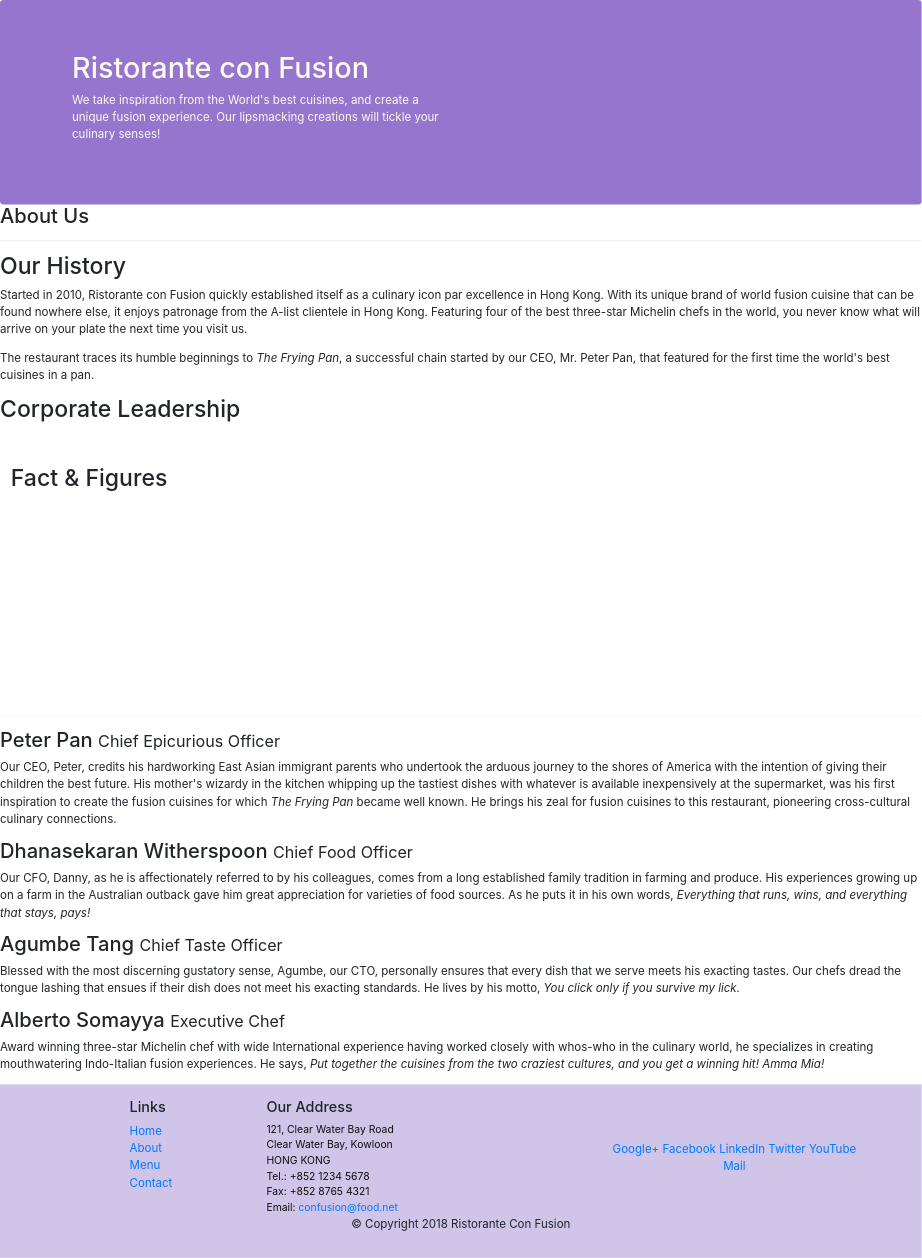
Repository: HwZau/conFusion
Page: aboutus.html
These files come from the project's save history. The page is drawn as it stood at one moment and after a run of saves; the edit follows.
The browser window is 1280 px wide. The pictures show the whole page, at 72% of full size.

Above is the page before, as saved 2022-05-19 10:54:45.

### aboutus.html
<!DOCTYPE html>
<html lang="en">
  <head>
    <title>Ristorante Con Fusion: About Us</title>
    <meta charset="utf-8" />
    <meta
      name="viewport"
      content="width=device-width, initial-scale=1, shrink-to-fit=no"
    />
    <meta http-equiv="x-ua-compatible" content="ie=edge" />

    <!-- Bootstrap CSS -->
    <link
      rel="stylesheet"
      href="node_modules/bootstrap/dist/css/bootstrap.min.css"
    />
    <link
      rel="stylesheet"
      href="node_modules/font-awesome/css/font-awesome.min.css"
    />
    <link
      rel="stylesheet"
      href="node_modules/bootstrap-social/bootstrap-social.css"
    />
    <link rel="stylesheet" href="css/style.css" />
  </head>
  </head>

  <body>
    <header class="jumbotron">
      <div class="container">
        <div class="row row-header">
          <div class="col-12 col-sm-6">
            <h1>Ristorante con Fusion</h1>
            <p>
              We take inspiration from the World's best cuisines, and create a
              unique fusion experience. Our lipsmacking creations will tickle
              your culinary senses!
            </p>
          </div>
          <div class="col-12 col-sm"></div>
        </div>
      </div>
    </header>

    <div>
      <div>
        <div>
          <h3>About Us</h3>
          <hr />
        </div>
      </div>

      <div>
        <div>
          <h2>Our History</h2>
          <p>
            Started in 2010, Ristorante con Fusion quickly established itself as
            a culinary icon par excellence in Hong Kong. With its unique brand
            of world fusion cuisine that can be found nowhere else, it enjoys
            patronage from the A-list clientele in Hong Kong. Featuring four of
            the best three-star Michelin chefs in the world, you never know what
            will arrive on your plate the next time you visit us.
          </p>
          <p>
            The restaurant traces its humble beginnings to
            <em>The Frying Pan</em>, a successful chain started by our CEO, Mr.
            Peter Pan, that featured for the first time the world's best
            cuisines in a pan.
          </p>
        </div>
        <div></div>
      </div>

      <div>
        <div>
          <h2>Corporate Leadership</h2>
          <div class="row row-content">
            <div class="col-12 col-sm-9">
              <h2>Fact &amp; Figures</h2>
            </div>
            <div class="col-12 col-sm-3"></div>
          </div>
          <div class="table-responsive">
            <table class="table table-striped">
              <thead class="thead-dark"></thead>
            </table>
          </div>
          <h3>Peter Pan <small>Chief Epicurious Officer</small></h3>
          <p>
            Our CEO, Peter, credits his hardworking East Asian immigrant parents
            who undertook the arduous journey to the shores of America with the
            intention of giving their children the best future. His mother's
            wizardy in the kitchen whipping up the tastiest dishes with whatever
            is available inexpensively at the supermarket, was his first
            inspiration to create the fusion cuisines for which
            <em>The Frying Pan</em> became well known. He brings his zeal for
            fusion cuisines to this restaurant, pioneering cross-cultural
            culinary connections.
          </p>
          <h3>Dhanasekaran Witherspoon <small>Chief Food Officer</small></h3>
          <p>
            Our CFO, Danny, as he is affectionately referred to by his
            colleagues, comes from a long established family tradition in
            farming and produce. His experiences growing up on a farm in the
            Australian outback gave him great appreciation for varieties of food
            sources. As he puts it in his own words,
            <em
              >Everything that runs, wins, and everything that stays, pays!</em
            >
          </p>
          <h3>Agumbe Tang <small>Chief Taste Officer</small></h3>
          <p>
            Blessed with the most discerning gustatory sense, Agumbe, our CTO,
            personally ensures that every dish that we serve meets his exacting
            tastes. Our chefs dread the tongue lashing that ensues if their dish
            does not meet his exacting standards. He lives by his motto,
            <em>You click only if you survive my lick.</em>
          </p>
          <h3>Alberto Somayya <small>Executive Chef</small></h3>
          <p>
            Award winning three-star Michelin chef with wide International
            experience having worked closely with whos-who in the culinary
            world, he specializes in creating mouthwatering Indo-Italian fusion
            experiences. He says,
            <em
              >Put together the cuisines from the two craziest cultures, and you
              get a winning hit! Amma Mia!</em
            >
          </p>
        </div>
      </div>
    </div>

    <footer class="footer">
      <div class="container">
        <div class="row">
          <div class="col-4 offset-1 col-sm-2">
            <h5>Links</h5>
            <ul class="list-unstyled">
              <li><a href="#">Home</a></li>
              <li><a href="#">About</a></li>
              <li><a href="#">Menu</a></li>
              <li><a href="#">Contact</a></li>
            </ul>
          </div>
          <div class="col-7 col-sm-5">
            <h5>Our Address</h5>
            <address>
              121, Clear Water Bay Road<br />
              Clear Water Bay, Kowloon<br />
              HONG KONG<br />
              Tel.: +852 1234 5678<br />
              Fax: +852 8765 4321<br />
              Email: <a href="mailto:confusion@food.net">confusion@food.net</a>
            </address>
          </div>
          <div class="col-12 col-sm-4 align-self-center">
            <div class="text-center">
              <a href="http://google.com/+">Google+</a>
              <a href="http://www.facebook.com/profile.php?id=">Facebook</a>
              <a href="http://www.linkedin.com/in/">LinkedIn</a>
              <a href="http://twitter.com/">Twitter</a>
              <a href="http://youtube.com/">YouTube</a>
              <a href="mailto:">Mail</a>
            </div>
          </div>
        </div>
        <div class="row justify-content-center">
          <div class="col-auto">
            <p>© Copyright 2018 Ristorante Con Fusion</p>
          </div>
        </div>
      </div>
    </footer>
  </body>
</html>

### css/style.css

.row-header {
	margin: 0px auto;
	padding: 0px auto;
}

.row-content {
	margin: 0 auto;
	padding: 50px 0px 50px 0px;
	border-bottom: 1px ridge;
	min-height: 400px;
}

.footer {
	background-color: #D1C4E9;
	margin: 0px auto;
	padding: 20px 0px 20px 0px;
}

.jumbotron {
	padding: 70px 30px 70px 30px;
	margin: 0px auto;
	background: #9575CD;
	color: floralwhite;
}

address {
	font-size: 90%;
	margin: 0px;
	color:#0f0f0f;
}

Loaded but not shown: node_modules/bootstrap/dist/css/bootstrap.min.css (library); node_modules/font-awesome/css/font-awesome.min.css (library); node_modules/bootstrap-social/bootstrap-social.css (library)

After the next 4 saves:
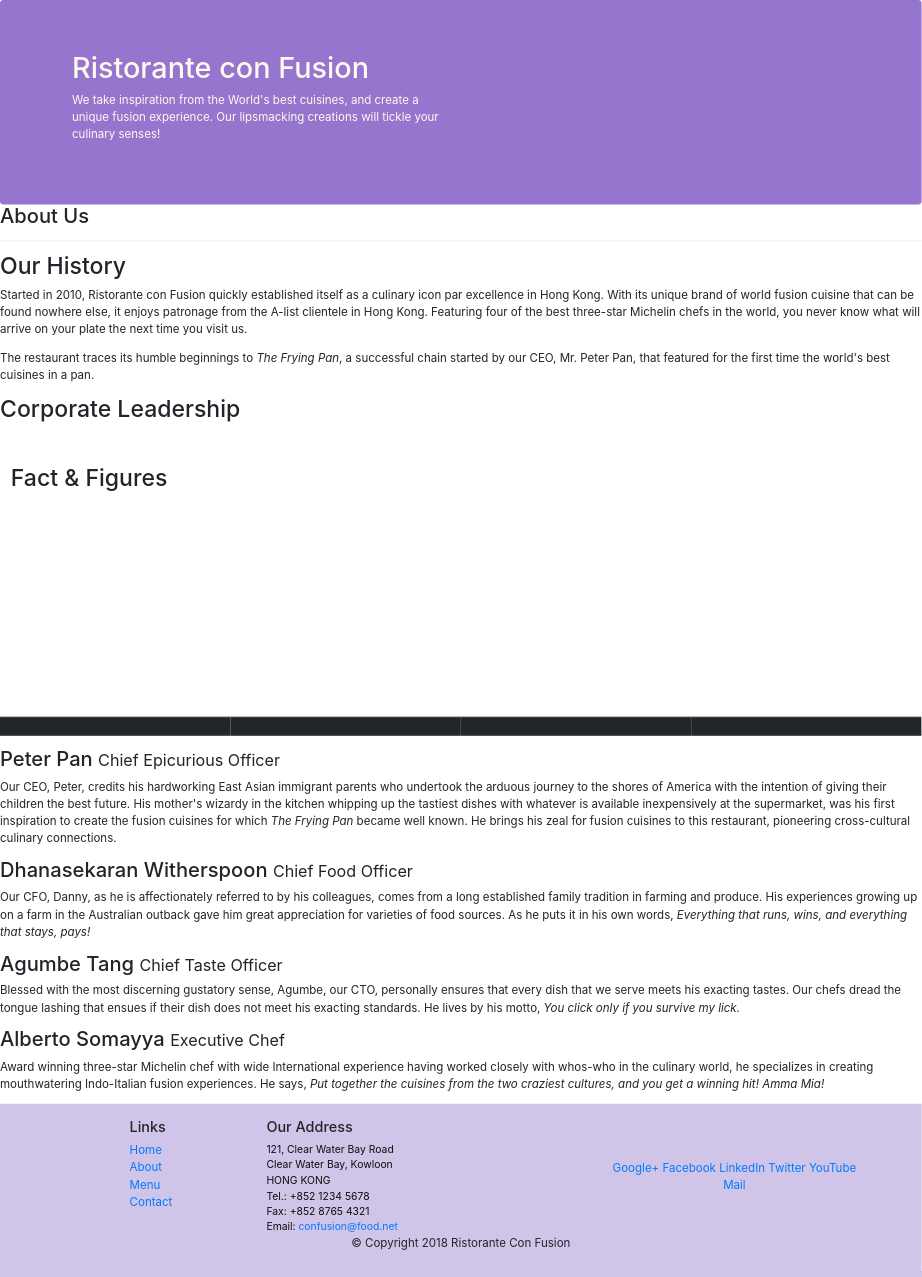
The 4 saves are shown as one change because they came seconds apart.
The last was saved 10 s later.
--- a/aboutus.html
+++ b/aboutus.html
@@ -83,7 +83,14 @@
           </div>
           <div class="table-responsive">
             <table class="table table-striped">
-              <thead class="thead-dark"></thead>
+              <thead class="thead-dark">
+                <tr>
+                  <th></th>
+                  <th></th>
+                  <th></th>
+                  <th></th>
+                </tr>
+              </thead>
             </table>
           </div>
           <h3>Peter Pan <small>Chief Epicurious Officer</small></h3>
